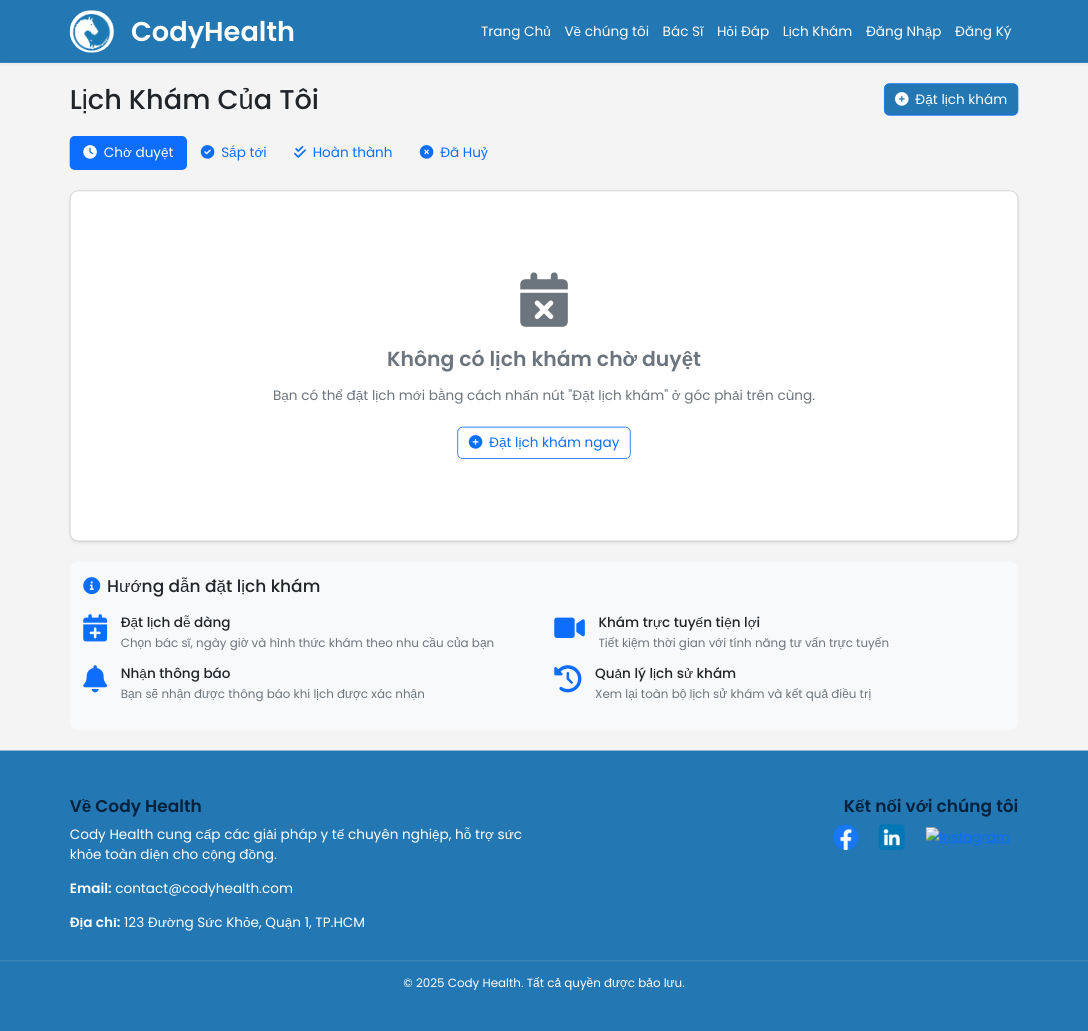
Repository: JonesKhaii/CodySocial
Page: resources/views/user/appointments.blade.php
An editor plug-in stored every save of this project. The page is shown before and after the next save, followed by the edit.
The browser window is 1280 px wide. The pictures show the whole page, at 85% of full size.
The page is served by the project's Laravel application, run on PHP 8.4 with Laravel 12. Other server files are loaded and not shown. The template is opened directly, without the code that normally fills it, so the values that code supplies are empty.

Above is the page before, as saved 2025-02-20 01:24:09.

### routes/web.php
<?php

use Illuminate\Support\Facades\Route;
use App\Http\Controllers\HomeController;
use App\Http\Controllers\PostController;
use App\Http\Controllers\DoctorController;
use App\Http\Controllers\Auth\AuthController;
use App\Http\Controllers\UserController;
use App\Http\Controllers\CommentController;
use App\Http\Controllers\ImageController;
use App\Http\Controllers\TestController;
use App\Http\Controllers\AppointmentController;

// AUTH--------------------------------------------------------------------------------
// Trang đăng nhập & xử lý đăng nhập
Route::get('/login', [AuthController::class, 'showLogin'])->name('login');
Route::post('/login/doctor', [AuthController::class, 'loginAsDoctor'])->name('login.doctor');
Route::post('/login', [AuthController::class, 'processLogin']);

// Trang đăng ký & xử lý đăng ký
Route::get('/register', [AuthController::class, 'showRegister'])->name('register');
Route::post('/register', [AuthController::class, 'processRegister']);

// Đăng xuất
Route::get('/logout', [AuthController::class, 'logout'])->name('logout');



// Xử lý ảnh
Route::post('/upload-image', [ImageController::class, 'uploadImage'])->name('upload.image');


// Test
Route::post('/upload-image-test', [TestController::class, 'upload'])->name('upload-image-test');


// Route::get('/', function () {
//     return view('index');
// });
Route::get('/about', function () {
    return view('pages.about-us');
})->name('about');

Route::get('/doctors', function () {
    return view('pages.list-doctor');
})->name('doctors');
Route::get('/appointment', function () {
    return view('pages.booking-appointment');
});

Route::get('/', [HomeController::class, 'index'])->name('home');
Route::get('/post/{slug}', [PostController::class, 'detail'])->name('post.detail');


// Doctor
Route::get('/doctor/{id}', [DoctorController::class, 'profile'])->name('doctor.profile');
Route::put('/doctor/{id}', [DoctorController::class, 'update'])->name('doctor.update');
Route::get('/doctor/profile', [DoctorController::class, 'profile'])->name('doctor.profile');

Route::get('/doctor/{doctor_id}/products', [DoctorController::class, 'getAffilateProduct'])->name('doctor.products');
Route::middleware(['auth:doctor'])->group(function () {
    Route::get('/doctor/appointments', [DoctorController::class, 'getAppointments'])->name('doctor.appointments');
});
Route::put('/appointments/{id}/approve', [DoctorController::class, 'approveAppointment'])->name('doctor.appointments.approve');


Route::put('/appointments/{id}/reject', [DoctorController::class, 'rejectAppointment'])->name('doctor.appointments.reject');
Route::put('/appointments/{id}/complete', [DoctorController::class, 'completeAppointment'])->name('doctor.appointments.complete');
Route::put('/appointments/{id}/cancel', [DoctorController::class, 'cancelAppointment'])->name('doctor.appointments.cancel');



// Post detail---------------
Route::get('/create', [PostController::class, 'create'])->name('posts.create');
Route::post('/posts/store', [PostController::class, 'store'])->name('posts.store');
Route::get('/posts/{id}', [PostController::class, 'show'])->name('posts.show');
Route::put('/posts/{id}', [PostController::class, 'update'])->name('posts.update');
Route::post('/post/{slug}/comment', [CommentController::class, 'store'])->name('post-comment.store');
// User
Route::get('/user/profile', [UserController::class, 'profile'])->name('user.profile');
Route::middleware(['auth:web'])->group(function () {
    Route::get('/user/appointments', [UserController::class, 'getAppointments'])->name('user.appointments');
});
Route::get('/user/appointments', [UserController::class, 'getAppointments'])->name('user.appointments');
Route::post('/user/book-appointment', [UserController::class, 'bookAppointment'])->name('user.book.appointment');
Route::patch('/user/appointments/{id}/cancel', [UserController::class, 'cancelAppointment'])->name('user.appointments.cancel');

### resources/views/user/appointments.blade.php
@extends('layouts.master')
@section('title', 'Lịch khám')
@section('main-content')

    <div class="container py-4">
        <div class="d-flex justify-content-between align-items-center mb-4">
            <h2 class="mb-0">Lịch Khám Của Tôi</h2>
            <button type="button" class="btn btn-primary" data-bs-toggle="modal" data-bs-target="#bookAppointmentModal">
                <i class="fas fa-plus-circle me-2"></i>Đặt lịch khám
            </button>
        </div>

        <!-- Tabs -->
        <ul class="nav nav-pills mb-4">
            @foreach (['Chờ duyệt' => 'pending', 'Sắp tới' => 'confirmed', 'Hoàn thành' => 'completed', 'Đã Huỷ' => 'canceled'] as $label => $tab)
                <li class="nav-item">
                    <a class="nav-link {{ $loop->first ? 'active' : '' }}" data-bs-toggle="pill"
                        href="#{{ $tab }}">
                        <i
                            class="fas fa-{{ $tab == 'pending' ? 'clock' : ($tab == 'confirmed' ? 'check-circle' : ($tab == 'completed' ? 'check-double' : 'times-circle')) }} me-2"></i>{{ $label }}
                        @if ($appointments->where('status', $label)->count() > 0)
                            <span
                                class="badge bg-warning ms-2">{{ $appointments->where('status', $label)->count() }}</span>
                        @endif
                    </a>
                </li>
            @endforeach
        </ul>

        <!-- Tab Content -->
        <div class="tab-content min-vh-50">
            @foreach (['Chờ duyệt' => 'pending', 'Sắp tới' => 'confirmed', 'Hoàn thành' => 'completed', 'Đã Huỷ' => 'canceled'] as $label => $tab)
                <div id="{{ $tab }}" class="tab-pane fade {{ $loop->first ? 'show active' : '' }}">
                    @if ($appointments->where('status', $label)->count() > 0)
                        <!-- Table Layout -->
                        <div class="table-responsive card shadow-sm">
                            <table class="table-hover mb-0 table align-middle">
                                <thead class="table-light">
                                    <tr>
                                        <th>Bác sĩ</th>
                                        <th>Ngày giờ</th>
                                        <th>Hình thức</th>
                                        <th>Ghi chú</th>
                                        <th class="text-end">Thao tác</th>
                                    </tr>
                                </thead>
                                <tbody>
                                    @foreach ($appointments->where('status', $label) as $appointment)
                                        <tr>
                                            <!-- Doctor Info -->
                                            <td>
                                                <div class="d-flex align-items-center">
                                                    <img src="{{ $appointment->doctor->photo ?? '/images/default-avatar.png' }}"
                                                        class="rounded-circle me-3" width="40" height="40"
                                                        alt="Doctor avatar">
                                                    <div>
                                                        <h6 class="mb-0">Bs. {{ $appointment->doctor->name }}</h6>
                                                        <small
                                                            class="text-muted">{{ $appointment->doctor->specialization }}</small>
                                                    </div>
                                                </div>
                                            </td>

                                            <!-- Date & Time -->
                                            <td>
                                                <div class="d-flex flex-column">
                                                    <div><i class="fas fa-calendar-alt text-primary me-2"></i>
                                                        {{ \Carbon\Carbon::parse($appointment->date)->format('d/m/Y') }}
                                                    </div>
                                                    <div><i class="fas fa-clock text-primary me-2"></i>
                                                        {{ \Carbon\Carbon::parse($appointment->time)->format('H:i') }}
                                                    </div>
                                                </div>
                                            </td>

                                            <!-- Consultation Type -->
                                            <td>
                                                <span
                                                    class="badge {{ $appointment->consultation_type === 'online' ? 'bg-info' : 'bg-success' }} text-white">
                                                    <i
                                                        class="fas fa-{{ $appointment->consultation_type === 'online' ? 'video' : 'clinic-medical' }} me-1"></i>
                                                    {{ $appointment->consultation_type === 'online' ? 'Tư vấn trực tuyến' : 'Khám tại phòng khám' }}
                                                </span>
                                            </td>

                                            <!-- Notes -->
                                            <td>
                                                @if ($appointment->notes)
                                                    <span class="text-truncate d-inline-block" style="max-width: 150px;"
                                                        data-bs-toggle="tooltip" title="{{ $appointment->notes }}">
                                                        {{ Str::limit($appointment->notes, 30) }}
                                                    </span>
                                                @else
                                                    <span class="text-muted fst-italic">Không có ghi chú</span>
                                                @endif
                                            </td>

                                            <!-- Actions -->
                                            <td class="text-end">
                                                @if ($label === 'Chờ duyệt')
                                                    <form
                                                        action="{{ route('user.appointments.cancel', $appointment->id) }}"
                                                        method="POST" class="d-inline">
                                                        @csrf
                                                        @method('PATCH')
                                                        <button type="submit" class="btn btn-outline-danger btn-sm">
                                                            <i class="fas fa-times me-1"></i>Hủy lịch
                                                        </button>
                                                    </form>
                                                @endif

                                                @if ($label === 'Sắp tới' && $appointment->consultation_type === 'online')
                                                    <a href="{{ route('video-call', $appointment->id) }}"
                                                        class="btn btn-primary btn-sm">
                                                        <i class="fas fa-video me-1"></i>Vào phòng khám
                                                    </a>
                                                @endif
                                            </td>
                                        </tr>
                                    @endforeach
                                </tbody>
                            </table>
                        </div>
                    @else
                        <div class="card min-vh-40 py-5 text-center shadow-sm">
                            <div class="card-body d-flex flex-column align-items-center justify-content-center py-5">
                                <i class="fas fa-calendar-times fa-4x text-muted mb-4"></i>
                                <h4 class="text-muted mb-3">Không có lịch khám {{ strtolower($label) }}</h4>
                                <p class="text-muted mb-4">Bạn có thể đặt lịch mới bằng cách nhấn nút "Đặt lịch khám" ở góc
                                    phải trên cùng.</p>
                                <button type="button" class="btn btn-outline-primary" data-bs-toggle="modal"
                                    data-bs-target="#bookAppointmentModal">
                                    <i class="fas fa-plus-circle me-2"></i>Đặt lịch khám ngay
                                </button>
                            </div>
                        </div>
                    @endif
                </div>
            @endforeach
        </div>

        <!-- Thông tin hướng dẫn -->
        <div class="card bg-light mt-4 border-0">
            <div class="card-body">
                <h5 class="card-title"><i class="fas fa-info-circle text-primary me-2"></i>Hướng dẫn đặt lịch khám</h5>
                <div class="row mt-3">
                    <div class="col-md-6">
                        <div class="d-flex mb-3">
                            <div class="text-primary me-3">
                                <i class="fas fa-calendar-plus fa-2x"></i>
                            </div>
                            <div>
                                <h6 class="mb-1">Đặt lịch dễ dàng</h6>
                                <p class="text-muted small mb-0">Chọn bác sĩ, ngày giờ và hình thức khám theo nhu cầu của
                                    bạn</p>
                            </div>
                        </div>
                        <div class="d-flex mb-3">
                            <div class="text-primary me-3">
                                <i class="fas fa-bell fa-2x"></i>
                            </div>
                            <div>
                                <h6 class="mb-1">Nhận thông báo</h6>
                                <p class="text-muted small mb-0">Bạn sẽ nhận được thông báo khi lịch được xác nhận</p>
                            </div>
                        </div>
                    </div>
                    <div class="col-md-6">
                        <div class="d-flex mb-3">
                            <div class="text-primary me-3">
                                <i class="fas fa-video fa-2x"></i>
                            </div>
                            <div>
                                <h6 class="mb-1">Khám trực tuyến tiện lợi</h6>
                                <p class="text-muted small mb-0">Tiết kiệm thời gian với tính năng tư vấn trực tuyến</p>
                            </div>
                        </div>
                        <div class="d-flex mb-3">
                            <div class="text-primary me-3">
                                <i class="fas fa-history fa-2x"></i>
                            </div>
                            <div>
                                <h6 class="mb-1">Quản lý lịch sử khám</h6>
                                <p class="text-muted small mb-0">Xem lại toàn bộ lịch sử khám và kết quả điều trị</p>
                            </div>
                        </div>
                    </div>
                </div>
            </div>
        </div>
    </div>

    <!-- Modal Đặt lịch khám (unchanged) -->
    <div class="modal fade" id="bookAppointmentModal" tabindex="-1">
        <div class="modal-dialog modal-lg">
            <div class="modal-content">
                <div class="modal-header">
                    <h5 class="modal-title">Đặt lịch khám</h5>
                    <button type="button" class="btn-close" data-bs-dismiss="modal"></button>
                </div>
                <div class="modal-body">
                    <form action="{{ route('user.book.appointment') }}" method="POST" id="appointmentForm">
                        @csrf
                        <div class="row g-3">
                            <div class="col-md-6">
                                <label class="form-label">Chọn bác sĩ</label>
                                <select name="doctor_id" class="form-select" required>
                                    <option value="">-- Chọn bác sĩ --</option>
                                    @foreach ($doctors as $doctor)
                                        <option value="{{ $doctor->id }}">Bs. {{ $doctor->name }} -
                                            {{ $doctor->specialization }}</option>
                                    @endforeach
                                </select>
                            </div>

                            <div class="col-md-6">
                                <label class="form-label">Hình thức khám</label>
                                <select name="consultation_type" class="form-select" required>
                                    <option value="clinic">Khám tại phòng khám</option>
                                    <option value="online">Tư vấn trực tuyến</option>
                                </select>
                            </div>

                            <div class="col-md-6">
                                <label class="form-label">Ngày khám</label>
                                <input type="date" name="date" class="form-control" required
                                    min="{{ date('Y-m-d') }}">
                            </div>

                            <div class="col-md-6">
                                <label class="form-label">Giờ khám</label>
                                <select name="time" class="form-select" required>
                                    <option value="">-- Chọn giờ --</option>
                                    @foreach (['08:00', '09:00', '10:00', '14:00', '15:00', '16:00'] as $time)
                                        <option value="{{ $time }}">{{ $time }}</option>
                                    @endforeach
                                </select>
                            </div>

                            <div class="col-12">
                                <label class="form-label">Lý do khám</label>
                                <textarea name="notes" class="form-control" rows="3" placeholder="Mô tả triệu chứng, lý do khám..."></textarea>
                            </div>
                        </div>
                    </form>
                </div>
                <div class="modal-footer">
                    <button type="button" class="btn btn-secondary" data-bs-dismiss="modal">Đóng</button>
                    <button type="submit" form="appointmentForm" class="btn btn-primary">Đặt lịch</button>
                </div>
            </div>
        </div>
    </div>

@endsection
@push('scripts')
    <script>
        // Validation và xử lý form (unchanged)
        document.getElementById('appointmentForm').addEventListener('submit', function(e) {
            e.preventDefault();
            // Thêm validation logic ở đây
            this.submit();
        });

        // Cập nhật slot giờ khám dựa theo ngày và bác sĩ
        document.querySelector('select[name="doctor_id"], input[name="date"]').addEventListener('change', function() {
            const doctorId = document.querySelector('select[name="doctor_id"]').value;
            const date = document.querySelector('input[name="date"]').value;

            if (doctorId && date) {
                // Gọi API để lấy các slot còn trống
                fetch(`/api/available-slots/${doctorId}/${date}`)
                    .then(response => response.json())
                    .then(data => {
                        const timeSelect = document.querySelector('select[name="time"]');
                        timeSelect.innerHTML = '<option value="">-- Chọn giờ --</option>';
                        data.forEach(slot => {
                            timeSelect.innerHTML += `<option value="${slot}">${slot}</option>`;
                        });
                    });
            }
        });

        // Initialize tooltips
        document.addEventListener('DOMContentLoaded', function() {
            var tooltipTriggerList = [].slice.call(document.querySelectorAll('[data-bs-toggle="tooltip"]'))
            var tooltipList = tooltipTriggerList.map(function(tooltipTriggerEl) {
                return new bootstrap.Tooltip(tooltipTriggerEl)
            });
        });
    </script>
@endpush

### resources/views/layouts/master.blade.php
<!DOCTYPE html>
<html lang="vi">

<head>
    @include('layouts.head')
</head>

<body>
    <!-- Header -->
    @include('layouts.header')

    <!-- Nội dung chính -->
    @yield('main-content')

    <!-- Footer -->
    @include('layouts.footer')

    <!-- Scripts -->
    <script src="{{ asset('js/bootstrap.bundle.min.js') }}"></script>
    <script src="{{ asset('js/main.js') }}"></script>
</body>

</html>

### public/css/about-us.css
body {
    background-color: #f4f4f4;
}
.hero-section {
    margin-top: 20px;
    background: url("asset/images/banners/banner2.webp") center/cover no-repeat;
    padding: 100px 0;
    text-align: center;
    color: white;
}
.hero-section h1 {
    font-size: 48px;
    font-weight: bold;
}
.about-content {
    background: white;
    padding: 40px;
    border-radius: 8px;
    box-shadow: 0px 4px 10px rgba(0, 0, 0, 0.1);
}
.icon-box {
    text-align: center;
    padding: 20px;
    background: white;
    border-radius: 10px;
    box-shadow: 0px 2px 5px rgba(0, 0, 0, 0.1);
    transition: transform 0.3s ease-in-out;
}
.icon-box i {
    font-size: 40px;
    color: #007bff;
}
.icon-box:hover {
    transform: scale(1.05);
}
.team-member {
    text-align: center;
}
.team-member img {
    width: 120px;
    height: 120px;
    border-radius: 50%;
    margin-bottom: 10px;
}

Loaded but not shown: public/js/main.js (160 lines, source omitted); public/css/style.css (410 lines, source omitted); resources/views/layouts/header.blade.php (82 lines, source omitted); public/css/login.css (145 lines, source omitted); resources/views/layouts/footer.blade.php (30 lines, source omitted); resources/views/layouts/head.blade.php (21 lines, source omitted)

After the next save:
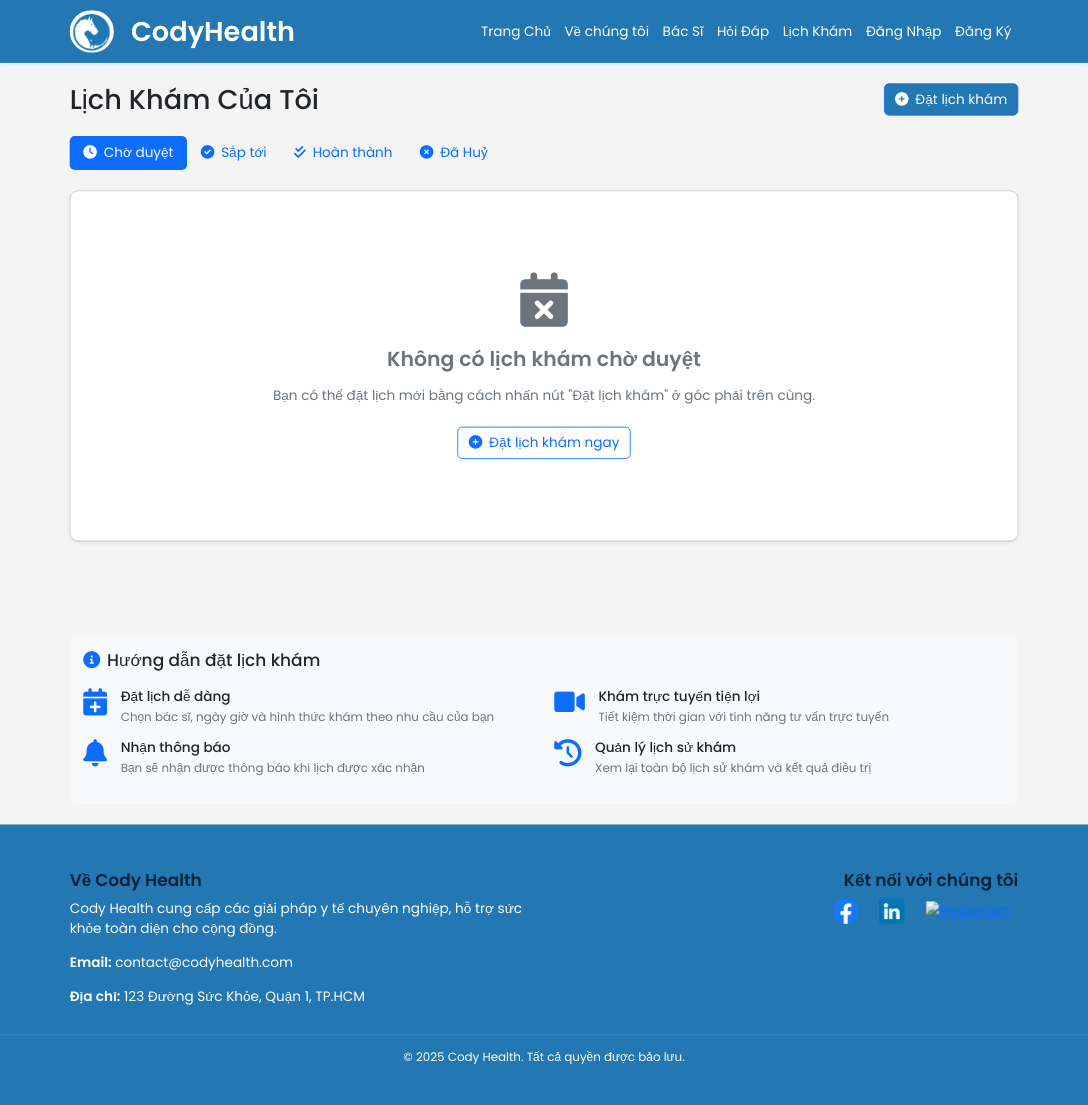
Saved 21 s later.
--- a/resources/views/user/appointments.blade.php
+++ b/resources/views/user/appointments.blade.php
@@ -28,7 +28,7 @@
         </ul>
 
         <!-- Tab Content -->
-        <div class="tab-content min-vh-50">
+        <div class="tab-content" style="min-height: 500px;">
             @foreach (['Chờ duyệt' => 'pending', 'Sắp tới' => 'confirmed', 'Hoàn thành' => 'completed', 'Đã Huỷ' => 'canceled'] as $label => $tab)
                 <div id="{{ $tab }}" class="tab-pane fade {{ $loop->first ? 'show active' : '' }}">
                     @if ($appointments->where('status', $label)->count() > 0)
